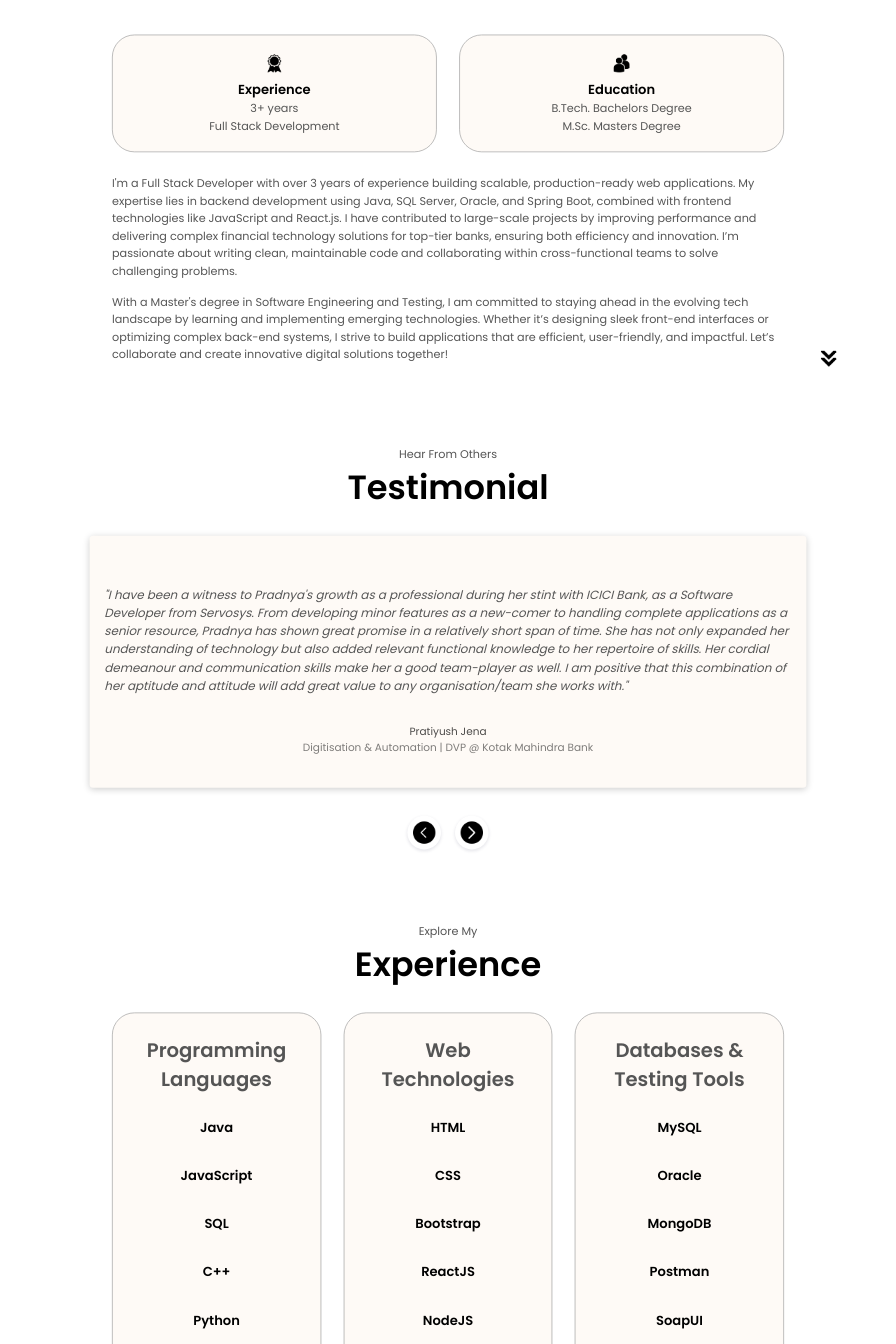
Repository: Pradnya-07/Portfolio-Pradnya
Page: index.html
An editor plug-in stored every save of this project. The page is shown before and after the next save, followed by the edit.
The browser window is 1280 px wide. The pictures show the part of the page from y = 938 to 2858 px (the page is 5307 px tall), at 70% of full size.

Above is the page before, as saved 2025-05-02 11:38:28.

### index.html
<!DOCTYPE html>
<html lang="en">
  <head>
    <meta charset="UTF-8" />
    <meta http-equiv="X-UA-Compatible" content="IE=edge" />
    <meta name="viewport" content="width=device-width, initial-scale=1.0" />
    <title>My Portfolio</title>
    <link rel="stylesheet" href="style.css" />
    <link rel="stylesheet" href="mediaqueries.css" />
  </head>
  <body>
    <nav id="desktop-nav">
      <div class="logo">Pradnya Baviskar</div>
      <div>
        <ul class="nav-links">
          <li><a href="#about">About</a></li>
          <li><a href="#experience">Experience</a></li>
          <li><a href="#projects">Projects</a></li>
          <li><a href="#contact">Contact</a></li>
        </ul>
      </div>
    </nav>
    <nav id="hamburger-nav">
      <div class="logo">Pradnya Baviskar</div>
      <div class="hamburger-menu">
        <div class="hamburger-icon" onclick="toggleMenu()">
          <span></span>
          <span></span>
          <span></span>
        </div>
        <div class="menu-links">
          <li><a href="#about" onclick="toggleMenu()">About</a></li>
          <li><a href="#experience" onclick="toggleMenu()">Experience</a></li>
          <li><a href="#projects" onclick="toggleMenu()">Projects</a></li>
          <li><a href="#contact" onclick="toggleMenu()">Contact</a></li>
        </div>
      </div>
    </nav>
    <section id="profile">
      <div class="section__pic-container">
        <img src="./assets/profile-pic.JPG" alt="Pradnya Baviskar profile picture" />
      </div>
      <div class="section__text">
        <p class="section__text__p2">Hello, I'm</p>
        <h1 class="title">Pradnya Baviskar</h1>
        <p class="section__text__p2">Software Developer - Full Stack</p>
        <div class="btn-container">
          <button
            class="btn btn-color-2"
            onclick="window.open('./assets/pradnya_baviskar-3.pdf')"
          >
            Download CV
          </button>
          <button class="btn btn-color-1" onclick="location.href='#contact'">
            Contact Info
          </button>
        </div>
        <div id="socials-container">
          <img
            src="./assets/linkedin.png"
            alt="My LinkedIn profile"
            class="icon"
            onclick="location.href='https://linkedin.com/'"
          />
          <img
            src="./assets/github.png"
            alt="My Github profile"
            class="icon"
            onclick="location.href='https://github.com/'"
          />
        </div>
      </div>
    </section>
    <section id="about">
      <p class="section__text__p1">Get To Know More</p>
      <h1 class="title">About Me</h1>
      <div class="section-container">

        <div class="about-details-container">
          <div class="about-containers">
            <div class="details-container">
              <img
                src="./assets/experience.png"
                alt="Experience icon"
                class="icon"
              />
              <h3>Experience</h3>
              <p>3+ years <br />Full Stack Development</p>
            </div>
            <div class="details-container">
              <img
                src="./assets/education.png"
                alt="Education icon"
                class="icon"
              />
              <h3>Education</h3>
              <p>B.Tech. Bachelors Degree<br />M.Sc. Masters Degree</p>
            </div>
          </div>
          <div class="text-container">
            <p>
              I'm a Full Stack Developer with over 3 years of experience building scalable, production-ready web applications.
              My expertise lies in backend development using Java, SQL Server, Oracle, and Spring Boot, combined with frontend technologies like JavaScript and React.js.
              I have contributed to large-scale projects by improving performance and delivering complex financial technology solutions for top-tier banks, ensuring both efficiency and innovation.
              I’m passionate about writing clean, maintainable code and collaborating within cross-functional teams to solve challenging problems.
            </p>
            <p style=" margin-top: 2%;">
              With a Master's degree in Software Engineering and Testing, I am committed to staying ahead in the evolving tech landscape by learning and implementing emerging technologies.
              Whether it’s designing sleek front-end interfaces or optimizing complex back-end systems, I strive to build applications that are efficient, user-friendly, and impactful.
              Let’s collaborate and create innovative digital solutions together!
            </p>
          </div>

        </div>
      </div>
      <img
        src="./assets/arrow.png"
        alt="Arrow icon"
        class="icon arrow"
        onclick="location.href='#experience'"
      />
    </section>

 <div class="testimonials-container">
  <p class="section__text__p1">Hear From Others</p>
  <h1 class="title">Testimonial</h1>
    <div class="testimonial">

      <p class="testtext">
        "I have been a witness to Pradnya's growth as a professional during her stint with ICICI Bank, as a Software Developer from Servosys.
         From developing minor features as a new-comer to handling complete applications as a senior resource, Pradnya has shown great promise in a relatively short span of time.
         She has not only expanded her understanding of technology but also added relevant functional knowledge to her repertoire of skills.
         Her cordial demeanour and communication skills make her a good team-player as well.
         I am positive that this combination of her aptitude and attitude will add great value to any organisation/team she works with."

      </p>

      <span class="numbertext">Pratiyush Jena</span>
        <span class="destext">Digitisation & Automation | DVP @ Kotak Mahindra Bank</span>
    </div>


    <div class="testimonial">

      <p class="testtext">
        "Pradnya was working as Developer in my team, during the course Pradnya proved her independent, hardworking, problem solving and technical skills,
        She completed the assigned task on time. She is understanding and can manage stuff on own.
        I recommend Pradnya for development position and with right guidance and support she is an asset for team."

      </p>

      <span class="numbertext">Nawaz Shaikh</span>
      <span class="destext">Senior Business Analyst | Product Management | Fintech</span>
    </div>


    <div class="testimonial">

      <p class="testtext">
        "Pradnya is an experienced professional in all aspects of software development. We used to discuss different approaches for the tasks.
        She always had a positive influence on team at stressful times. I never got a chance to work with her in the same team but I really appreciate all of her efforts she used to put in projects to finish them by the deadlines.
        She will be a good asset to any organization and I am happy to recommend her."

      </p>

      <span class="numbertext">Upasana Garg</span>
      <span class="destext"> R&D Software Engineer @Dassault Systems</span>
    </div>

    <div class="testimonial">

      <p class="testtext">
       "Pradnya is one of the most dedicated professionals I’ve worked with and is willing to put that extra help whenever required.
        Her expertise as a developer is considerable, and it helped the team always.
        Her contribution is valuable to the side, and I highly recommend Pradnya and would love to work with her again."

      </p>

      <span class="numbertext">Mahima Tayal</span>
      <span class="destext">Lead Software Engineer at UKG</span>
    </div>
    <div>
      <a class="prev">
        <img class="icon" src="./assets/leftarrow.png" alt="left" />

      </a>
      <a class="next">
        <img class="icon" src="./assets/rightarrow.png" alt="right" />
      </a>
    </div>
  </div>




    <section id="experience">
      <p class="section__text__p1">Explore My</p>
      <h1 class="title">Experience</h1>
      <div class="experience-details-container">
        <div class="about-containers">
          <div class="details-container">
            <h2 class="experience-sub-title">Programming Languages</h2>
            <div class="article-container">
              <article class="skills">

                <div>
                  <h3 class="skills">Java</h3>
                </div>
              </article>
              <article class="skills">

                <div>
                  <h3 class="skills">JavaScript</h3>

                </div>
              </article>
              <article class="skills">

                <div>
                  <h3 class="skills">SQL</h3>

                </div>
              </article>
              <article class="skills">

                <div>
                  <h3 class="skills">C++</h3>

                </div>
              </article>
              <article class="skills">

                <div>
                  <h3>Python</h3>
                </div>
              </article>
              <article class="skills">

                <div>
                  <h3 class="skills">C</h3>
                </div>
              </article>

            </div>
          </div>

          <div class="details-container">
            <h2 class="experience-sub-title">Web Technologies</h2>
            <div class="article-container">
              <article>

                <div>
                  <h3>HTML</h3>
                </div>
              </article>
              <article>

                <div>
                  <h3>CSS</h3>
                </div>
              </article>
              <article>

                <div>
                  <h3>Bootstrap</h3>
                </div>
              </article>
              <article>

                <div>
                  <h3>ReactJS</h3>
                </div>
              </article>
              <article>

                <div>
                  <h3>NodeJS</h3>
                </div>
              </article>
              <article>

                <div>
                  <h3>ExpressJS</h3>
                </div>
              </article>
            </div>
          </div>

          <div class="details-container">
            <h2 class="experience-sub-title">Databases & Testing Tools</h2>
            <div class="article-container">
              <article>

                <div>
                  <h3>MySQL</h3>
                </div>
              </article>
              <article>

                <div>
                  <h3>Oracle</h3>
                </div>
              </article>
              <article>

                <div>
                  <h3>MongoDB</h3>
                </div>
              </article>
              <article>

                <div>
                  <h3>Postman</h3>
                </div>
              </article>
              <article>

                <div>
                  <h3>SoapUI</h3>
                </div>
              </article>

            </div>
          </div>

          <div class="details-container">
            <h2 class="experience-sub-title">Software</h2>
            <div class="article-container">
              <article>

                <div>
                  <h3>Git & GitHub</h3>
                </div>
              </article>
              <article>

                <div>
                  <h3>Linux</h3>
                </div>
              </article>



              <article>

                <div>
                  <h3>Docker</h3>
                </div>
              </article>
              <article>

                <div>
                  <h3>Jira</h3>
                </div>
              </article>
              <article>

                <div>
                  <h3 class="skills">Agile Methodology</h3>
                </div>
              </article>
            </div>
          </div>




        </div>
      </div>
      <img
        src="./assets/arrow.png"
        alt="Arrow icon"
        class="icon arrow"
        onclick="location.href='#projects'"
      />
    </section>

    <section id="projects">
      <p class="section__text__p1">Browse My Recent</p>
      <h1 class="title">Projects</h1>
      <div class="experience-details-container">
        <div class="about-containers">
          <div class="details-container color-container">
            <div class="article-container">
              <img
                src="./assets/project1.png"
                alt="Project 1"
                class="project-img"
              />
            </div>
            <h2 class="experience-sub-title project-title">My Book Nest</h2>
            <div class="btn-container">
              <button
                class="btn btn-color-2 project-btn"
                onclick="location.href='https://github.com/Pradnya-07/Pradnya-s_Library'"
              >
                Github
              </button>
              <button
                class="btn btn-color-2 project-btn"
                onclick="location.href='https://pradnya-s-library.onrender.com'"
              >
                Live Demo
              </button>
            </div>
          </div>
          <div class="details-container color-container">
            <div class="article-container">
              <img
                src="./assets/scam.png"
                alt="Project 2"
                class="project-img"
              />
            </div>
            <h2 class="experience-sub-title project-title">Spam Email Detection</h2>
            <div class="btn-container">
              <button
                class="btn btn-color-2 project-btn"
                onclick="location.href='https://github.com/Pradnya-07/Spam_Email_Detection'"
              >
                Github
              </button>
              <button
                class="btn btn-color-2 project-btn"
                onclick="location.href='https://spam-email-detection-9in7.onrender.com'"
              >
                Live Demo
              </button>
            </div>
          </div>
          <div class="details-container color-container">
            <div class="article-container">
              <img
                src="./assets/forecast.png"
                alt="Project 3"
                class="project-img"
              />
            </div>
            <h2 class="experience-sub-title project-title">Weather Forecast</h2>
            <div class="btn-container" style="margin-top: 14%;">
              <button
                class="btn btn-color-2 project-btn"
                onclick="location.href='https://github.com/Pradnya-07/Weather-Dashboard'"
              >
                Github
              </button>
              <button
                class="btn btn-color-2 project-btn"
                onclick="location.href='https://pradnya-07.github.io/Weather-Dashboard/'"
              >
                Live Demo
              </button>
            </div>
          </div>
        </div>
      </div>
      <img
        src="./assets/arrow.png"
        alt="Arrow icon"
        class="icon arrow"
        onclick="location.href='#contact'"
      />
    </section>
    <section id="contact">


      <div class="contact-info-upper-container">
        <div class="contact-info-container">
          <img
            src="./assets/email.png"
            alt="Email icon"
            class="icon contact-icon email-icon"
          />
          <p><a href="mailto:pradnyabaviskar56p@gmail.com">pradnyabaviskar56p@gmail.com</a></p>
        </div>
        <div class="contact-info-container">
          <img
            src="./assets/linkedin.png"
            alt="LinkedIn icon"
            class="icon contact-icon"
          />
          <p><a href="https://www.linkedin.com">LinkedIn</a></p>
        </div>
      </div>
    </section>
    <footer>
      <nav>
        <div class="nav-links-container">
          <ul class="nav-links">
            <li><a href="#about">About</a></li>
            <li><a href="#experience">Experience</a></li>
            <li><a href="#projects">Projects</a></li>
            <li><a href="#contact">Contact</a></li>
          </ul>
        </div>
      </nav>
      <p>Copyright &#169; 2025 Pradnya Baviskar. All Rights Reserved.</p>
    </footer>
    <script src="script.js"></script>
  </body>
</html>

### style.css
/* GENERAL */

@import url("https://fonts.googleapis.com/css2?family=Poppins:wght@300;400;500;600&display=swap");

* {
  margin: 0;
  padding: 0;
}

body {
  font-family: "Poppins", sans-serif;
}

html {
  scroll-behavior: smooth;
}

p {
  color: rgb(85, 85, 85);
}

/* TRANSITION */

a,
.btn {
  transition: all 300ms ease;
}

/* DESKTOP NAV */

nav,
.nav-links {
  display: flex;
}

nav {
  justify-content: space-around;
  align-items: center;
  height: 17vh;
}

.nav-links {
  gap: 2rem;
  list-style: none;
  font-size: 1.5rem;
}

a {
  color: black;
  text-decoration: none;
  text-decoration-color: white;
}

a:hover {
  color: grey;
  text-decoration: underline;
  text-underline-offset: 1rem;
  text-decoration-color: rgb(181, 181, 181);
}

.logo {
  font-size: 2rem;
}

.logo:hover {
  cursor: default;
}

/* HAMBURGER MENU */

#hamburger-nav {
  display: none;
}

.hamburger-menu {
  position: relative;
  display: inline-block;
}

.hamburger-icon {
  display: flex;
  flex-direction: column;
  justify-content: space-between;
  height: 24px;
  width: 30px;
  cursor: pointer;
}

.hamburger-icon span {
  width: 100%;
  height: 2px;
  background-color: black;
  transition: all 0.3 ease-in-out;
}

.menu-links {
  position: absolute;
  top: 100%;
  right: 0;
  background-color: white;
  width: fit-content;
  max-height: 0;
  overflow: hidden;
  transition: all 0.3 ease-in-out;
}

.menu-links a {
  display: block;
  padding: 10px;
  text-align: center;
  font-size: 1.5rem;
  color: black;
  text-decoration: none;
  transition: all 0.3 ease-in-out;
}

.menu-links li {
  list-style: none;
}

.menu-links.open {
  max-height: 300px;
}

.hamburger-icon.open span:first-child {
  transform: rotate(45deg) translate(10px, 5px);
}

.hamburger-icon.open span:nth-child(2) {
  opacity: 0;
}

.hamburger-icon.open span:last-child {
  transform: rotate(-45deg) translate(10px, -5px);
}

.hamburger-icon span:first-child {
  transform: none;
}

.hamburger-icon span:first-child {
  opacity: 1;
}

.hamburger-icon span:first-child {
  transform: none;
}

/* SECTIONS */

section {
  padding-top: 4vh;
  height: 96vh;
  margin: 0 10rem;
  box-sizing: border-box;
  min-height: fit-content;
}

.section-container {
  display: flex;
}

.skills {
  text-align: center;

}

/* PROFILE SECTION */

#profile {
  display: flex;
  justify-content: center;
  gap: 5rem;
  height: 80vh;
}

.section__pic-container {
  display: flex;
  height: 400px;
  width: 400px;
  margin: auto 0;
}

.section__text {
  align-self: center;
  text-align: center;
}

.section__text p {
  font-weight: 600;
}

.section__text__p1 {
  text-align: center;
}

.section__text__p2 {
  font-size: 1.75rem;
  margin-bottom: 1rem;
}

.title {
  font-size: 3rem;
  text-align: center;
}

#socials-container {
  display: flex;
  justify-content: center;
  margin-top: 1rem;
  gap: 1rem;
}

/* ICONS */

.icon {
  cursor: pointer;
  height: 2rem;
}

/* BUTTONS */

.btn-container {
  display: flex;
  justify-content: center;
  gap: 1rem;
}

.btn {
  font-weight: 600;
  transition: all 300ms ease;
  padding: 1rem;
  width: 8rem;
  border-radius: 2rem;
}

.btn-color-1,
.btn-color-2 {
  border: rgb(53, 53, 53) 0.1rem solid;
}

.btn-color-1:hover,
.btn-color-2:hover {
  cursor: pointer;
}

.btn-color-1,
.btn-color-2:hover {
  background: rgb(53, 53, 53);
  color: white;
}

.btn-color-1:hover {
  background: rgb(0, 0, 0);
}

.btn-color-2 {
  background: none;
}

.btn-color-2:hover {
  border: rgb(255, 255, 255) 0.1rem solid;
}

.btn-container {
  gap: 1rem;
}

/* ABOUT SECTION */

#about {
  position: relative;
}

.about-containers {
  gap: 2rem;
  margin-bottom: 2rem;
  margin-top: 2rem;
}

.about-details-container {
  justify-content: center;
  flex-direction: column;
}

.about-containers,
.about-details-container {
  display: flex;
}

.about-pic {
  border-radius: 2rem;
}

.arrow {
  position: absolute;
  right: -5rem;
  bottom: 2.5rem;
}

.details-container {
  padding: 1.5rem;
  flex: 1;
  background: rgb(232 188 130 / 7%);
  border-radius: 2rem;
  border: rgb(53, 53, 53) 0.1rem solid;
  border-color: rgb(163, 163, 163);
  text-align: center;
}

.section-container {
  gap: 4rem;
  height: 80%;
}

.section__pic-container {
  height: 400px;
  width: 400px;
  margin: auto 0;
}

/* EXPERIENCE SECTION */

#experience {
  position: relative;
}

.experience-sub-title {
  color: rgb(85, 85, 85);
  font-weight: 600;
  font-size: 1.75rem;
  margin-bottom: 2rem;
}

.experience-details-container {
  display: flex;
  justify-content: center;
  flex-direction: column;
}

.article-container {
  display: flex;
  text-align: initial;
  flex-wrap: wrap;
  flex-direction: row;
  gap: 2.5rem;
  justify-content: space-around;
}

article {
  display: flex;
  width: 10rem;
  justify-content: space-around;
  gap: 0.5rem;
}

article .icon {
  cursor: default;
}

/* PROJECTS SECTION */

#projects {
  position: relative;
  margin-top: 10%;
}

.color-container {
  border-color: rgb(163, 163, 163);
  background: rgb(232 188 130 / 7%);
}

.project-img {
  border-radius: 2rem;
  width: 90%;
  height: 90%;
}

.project-title {
  margin: 1rem;
  color: black;
}

.project-btn {
  color: black;
  border-color: rgb(163, 163, 163);
}

/* CONTACT */

#contact {
  display: flex;
  justify-content: center;
  flex-direction: column;
  height: 70vh;
}

.contact-info-upper-container {
  display: flex;
  justify-content: center;
  border-radius: 2rem;
  border: rgb(53, 53, 53) 0.1rem solid;
  border-color: rgb(163, 163, 163);
  background: (250, 250, 250);
  margin: 2rem auto;
  padding: 0.5rem;
  background-color: rgb(232 188 130 / 7%);
}

.contact-info-container {
  display: flex;
  align-items: center;
  justify-content: center;
  gap: 0.5rem;
  margin: 1rem;
}

.contact-info-container p {
  font-size: larger;
}

.contact-icon {
  cursor: default;
}

.email-icon {
  height: 2.5rem;
}

/* FOOTER SECTION */

footer {
  height: 26vh;
  margin: 0 1rem;
}

footer p {
  text-align: center;
}



@import url("https://fonts.googleapis.com/css2?family=Poppins&display=swap");

* {
  margin: 0;
  padding: 0;
  box-sizing: border-box;
}

.testimonials-container {
  min-height: 100vh;
  font-family: "Poppins", sans-serif;
  display: flex;
  align-items: center;
  justify-content: center;
  flex-direction: column;


}

h2 {
  margin: 0.5rem;
  font-size: 2.2rem;
  font-weight: 400;
}

.testimonial {
  height: 50vh;
  width: 80vw;
  margin: 2rem;
  padding: 45px 20px 20px;
  background-color: rgb(232 188 130 / 7%);
  box-shadow: 0px 2px 10px rgba(0, 0, 0, 0.2);
  display: flex;
  align-items: center;
  justify-content: center;
  flex-direction: column;
  border-radius: 5px;
  animation: fade 2s;
  justify-content: center;
  flex-direction: column;
}

@keyframes fade {
  from {
    opacity: 0.4;
  }
  to {
    opacity: 1;
  }
}

.testimonial img {
  height: 2rem;
  width: auto;
  margin-bottom: 1.5rem;
}

.testimonial p {
  overflow: auto;
  font-style: oblique;
  font-size: 17px;
  font-weight: 400;
  padding: 1px;
}

p span {
  font-size: 17px;
  font-style: normal;
}

.numbertext {
  font-size: 15px;
  opacity: 0.7;
  margin-top: 2.5rem;
}

.destext {
  font-size: 15px;
  opacity: 0.5;

}
.prev,
.next {
  display: inline-block;
  background: #fff;
  box-shadow: 0 2px 4px 1px rgba(50, 50, 93, 0.1);
  width: 3rem;
  height: 3rem;
  border-radius: 50%;
  padding: 0.5rem;
  margin: 0.5rem;
  font-size: 1.5rem;
  text-align: center;
  color: rgb(0, 184, 190);
  transition: 0.3s ease;
}

.prev:hover,
.next:hover {
  cursor: pointer;
  transform: translateY(-4px);
}

Loaded but not shown: script.js (39 lines, source omitted); mediaqueries.css (103 lines, source omitted)

After the next save:
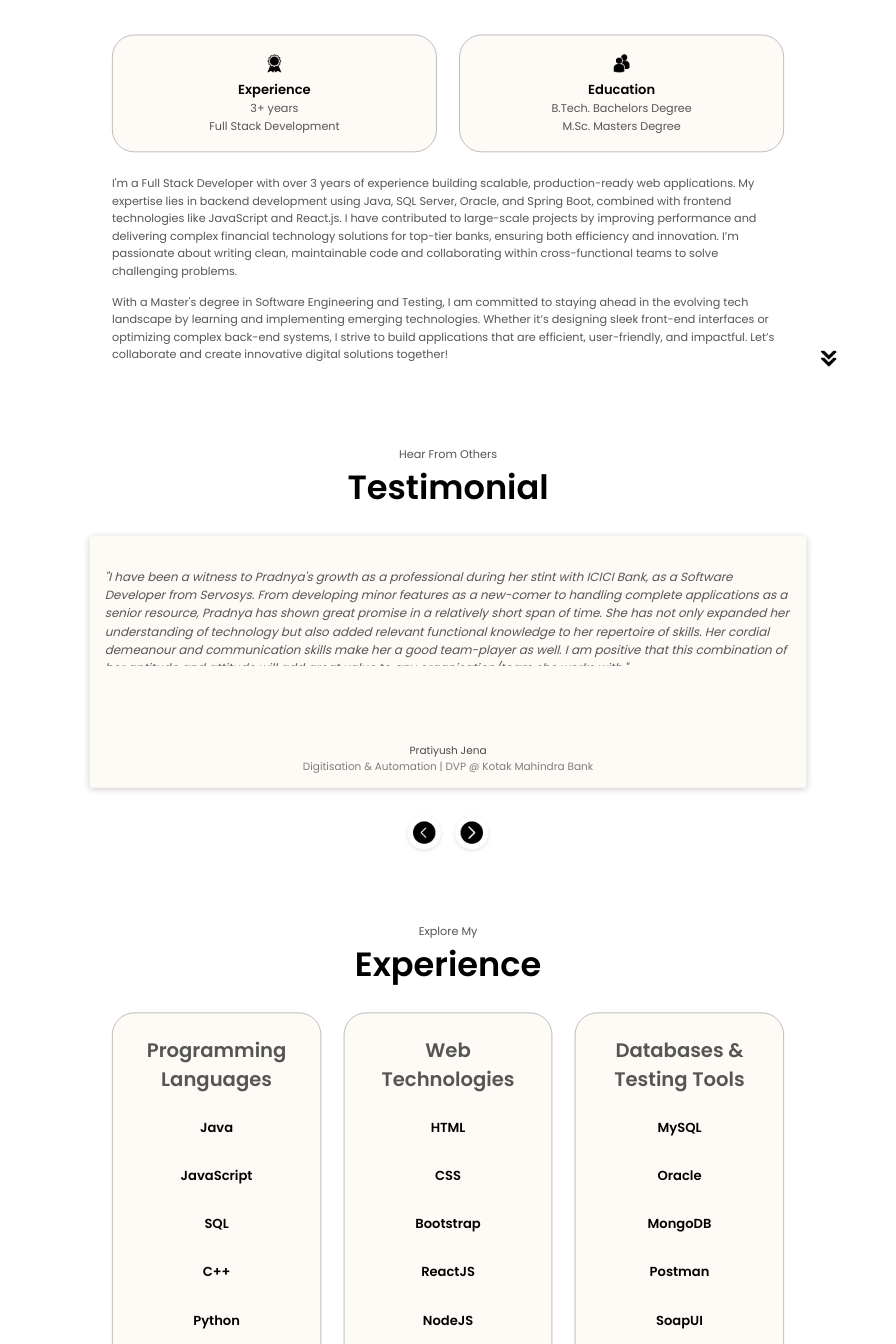
Saved 28 s later.
--- a/style.css
+++ b/style.css
@@ -508,6 +508,10 @@ h2 {
 p span {
   font-size: 17px;
   font-style: normal;
+}
+
+.testtext {
+  margin-bottom: 7%;
 }
 
 .numbertext {
